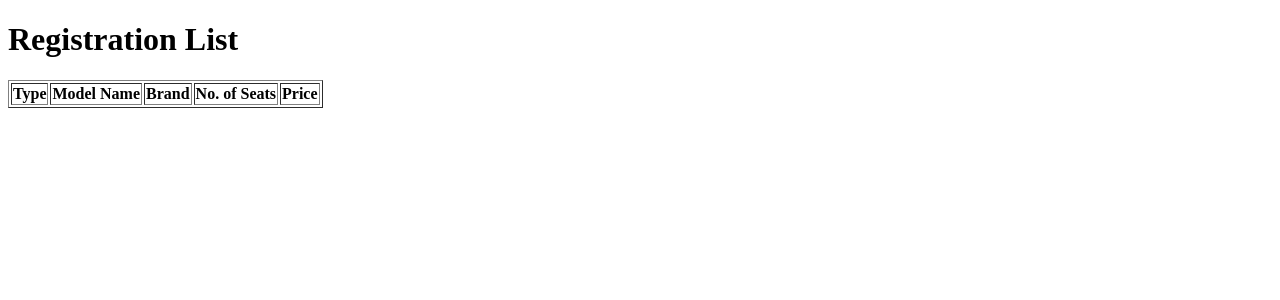
Repository: VimashaVishvani/VehicleRental
Page: http://localhost/Vehicle_rentalDb/viewRegistrations
An editor plug-in stored every save of this project. The page is shown before and after the next save, followed by the edit.
The browser window is 1280 px wide. The pictures show the whole page.
The page is served by Tomcat 9. Queries for data that is not in the repository find no rows.

Above is the page before, as saved 2024-05-08 20:30:42.

After the next save:
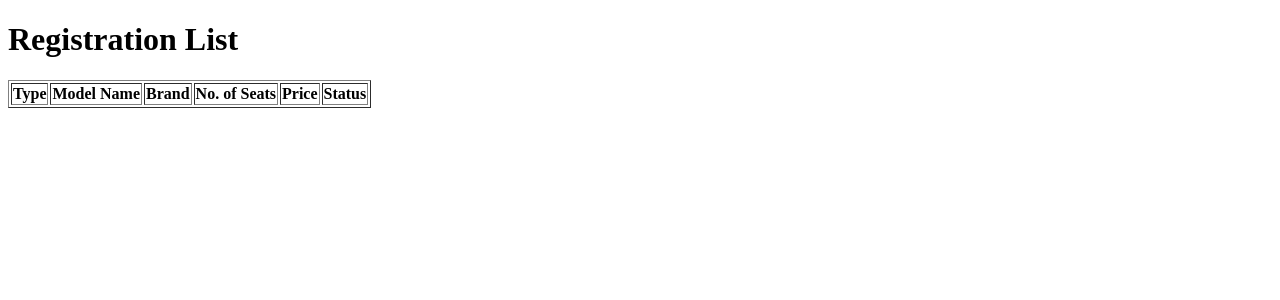
Saved 102 s later.
--- a/Vehicle_rentalDb/src/main/webapp/carOwnerSeeRegistrations.jsp
+++ b/Vehicle_rentalDb/src/main/webapp/carOwnerSeeRegistrations.jsp
@@ -23,6 +23,7 @@
             <th>Brand</th>
             <th>No. of Seats</th>
             <th>Price</th>
+            <th>Status</th>
         </tr>
         <c:forEach var="application" items="${Applications}">
             <tr>
@@ -31,6 +32,7 @@
                 <td>${application.vBrand}</td>
                 <td>${application.noOfSeats}</td>
                 <td>${application.price}</td>
+                <td>${application.status}</td>
             </tr>
         </c:forEach>
     </table>
